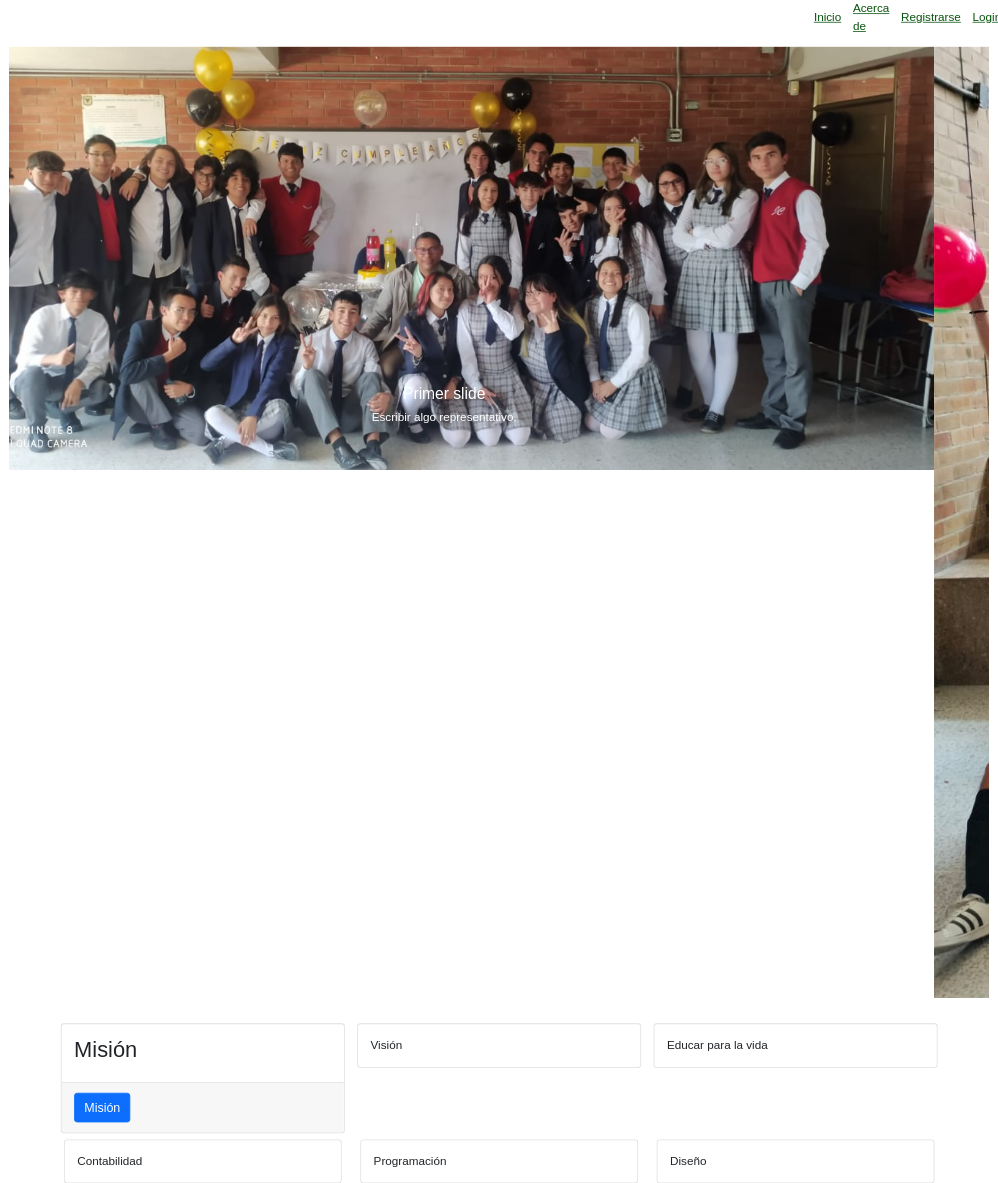
Repository: AntonnySant/webColegio
Page: index.html
The author's editor kept a copy of each file at every save. The page is drawn from the files as they stood at one save, then again after the next save.
The browser window is 1280 px wide. The pictures show the whole page, at 78% of full size.

Above is the page before, as saved 2023-10-17 17:09:32.
Console error: TypeError: Cannot set properties of null (setting 'onclick')

After the next save:
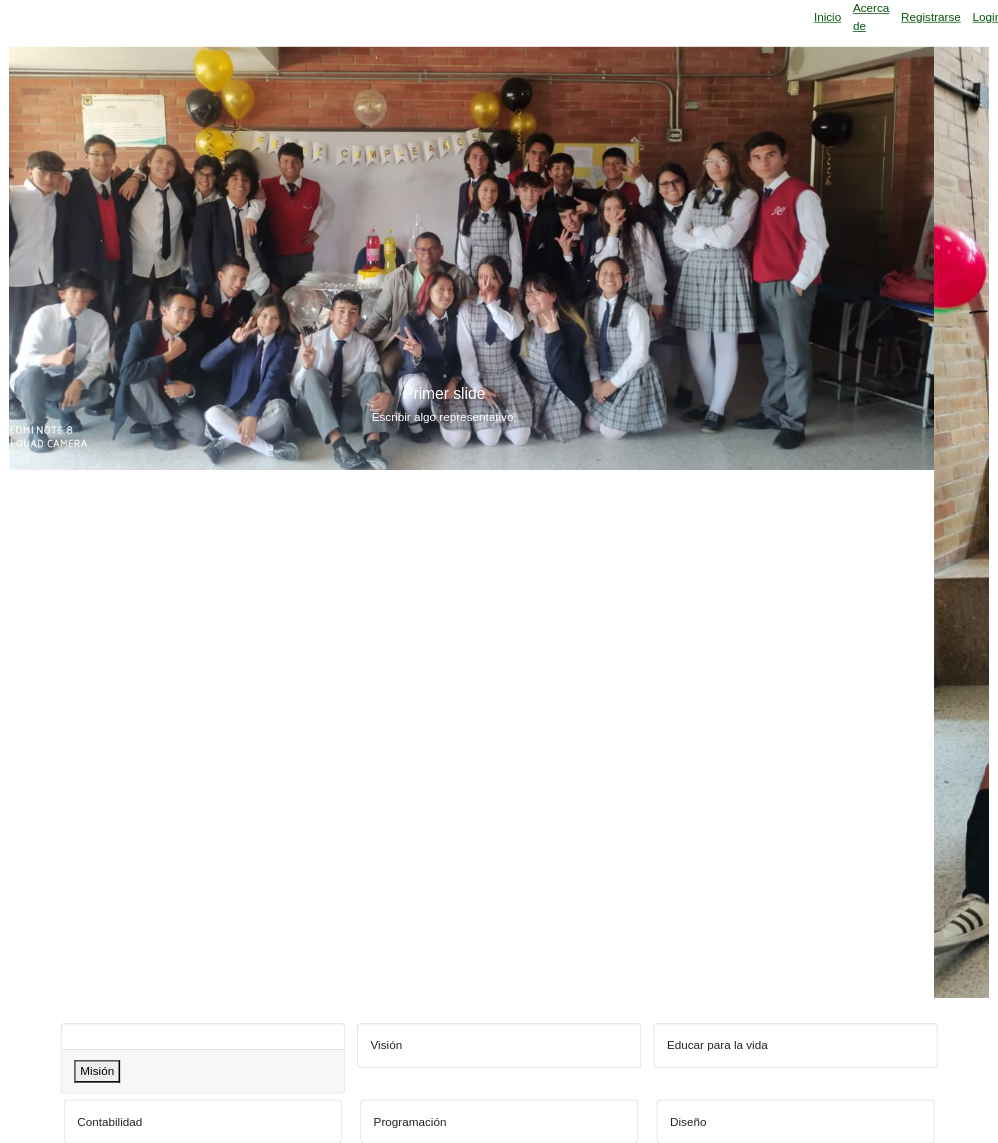
Saved 43 s later.
--- a/index.html
+++ b/index.html
@@ -128,7 +128,7 @@
                 <div class="col-xs-12 col-md-4 p-2">
                     <div class="card">
                         <div class="card-body">
-                            <h3>Misión</h3>
+
                             <!-- Button trigger modal -->
 
 
@@ -156,7 +156,7 @@
                             </div>
                         </div>
                         <div class="card-footer">
-                            <button type="button" class="btn btn-primary" data-bs-toggle="modal"
+                            <button type="button" class="" data-bs-toggle="modal"
                                 data-bs-target="#exampleModal">
                                 Misión
                             </button>
